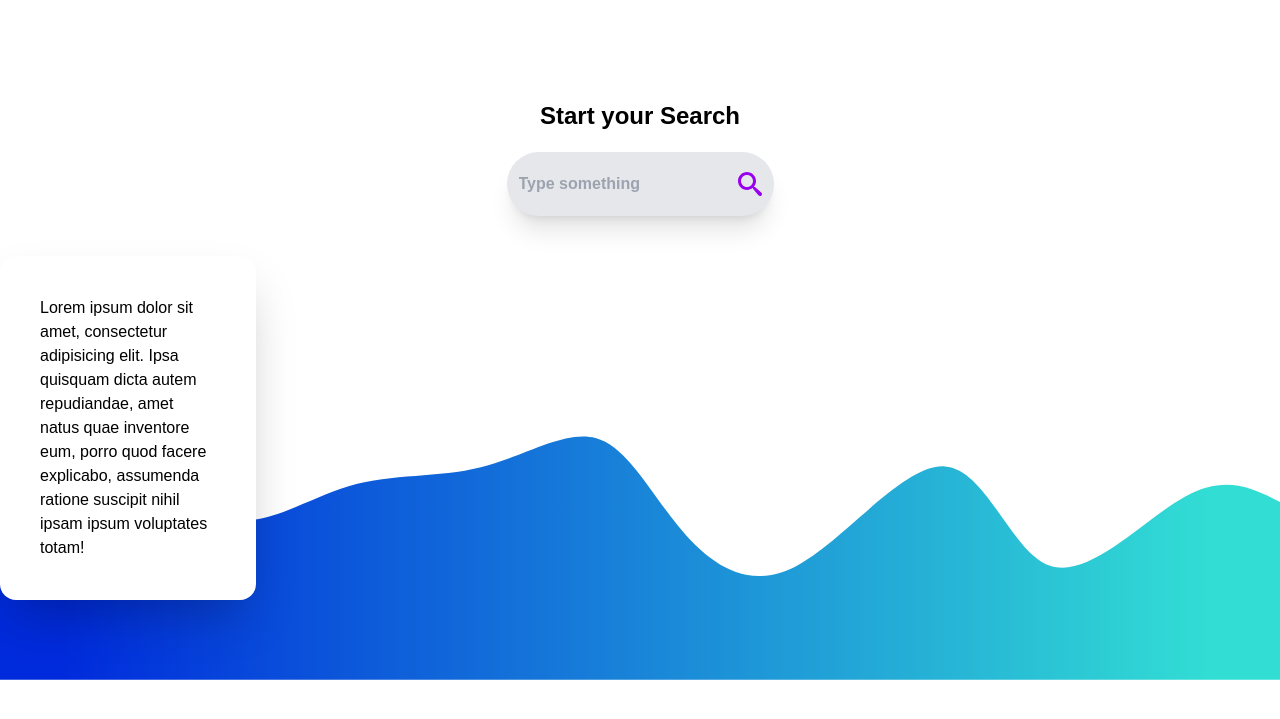
Repository: evergreenx/dictionary-octo
Page: /
An editor plug-in stored every save of this project. The page is shown before and after the next save, followed by the edit.
The browser window is 1280 px wide. The pictures show the whole page.
The project was rebuilt for these pictures with package versions that can differ from the ones it lists, and the page was loaded fresh each time. The framework's server and built-in components were replaced by stand-ins that run in the browser. Also part of the build but not shown: next.config.js.

Above is the page before, as saved 2022-04-30 15:14:44.

### pages/index.js
import Head from "next/head";
import Image from "next/image";
import bgimage from "../public/bg.svg";

import { ImSearch } from "react-icons/im";
import RandomWord from "../components/RandomWord";

export default function Home() {
  return (
    <div>
      <Head>
        <title>Create Next App</title>
        <meta name="description" content="Generated by create next app" />
        <link rel="icon" href="/favicon.ico" />
      </Head>

      <main className=" py-20">
        <section className="input--container pb-10 flex flex-col justify-center items-center ">
          <h1 className="text-2xl font-bold text-center py-5">
            Start your Search
          </h1>

          <div className="flex items-center bg-gray-200 shadow-xl rounded-full py-3 px-3">
            <input
              className="input--text bg-gray-200 font-bold outline-none py-2"
              type="text"
              placeholder="Type something"
            />

            <ImSearch className="text-[#9900efff] text-2xl" />
          </div>
        </section>

        <section>
          <RandomWord />
        </section>
      </main>
    </div>
  );
}

### styles/globals.css
@tailwind base;
@tailwind components;
@tailwind utilities;

@import url("https://fonts.googleapis.com/css2?family=Quicksand&display=swap");

* {
  box-sizing: border-box;
  margin: 0;
  padding: 0;
}

body {
  background-image: url("../public/bg.svg");
  background-repeat: no-repeat;
  background-size: contain;
  background-position: bottom;

  height: 100%;
  font-family: "Quicksand", sans-serif;
}

a {
  color: inherit;
  text-decoration: none;
}

### components/RandomWord.js
import React from "react";

const RandomWord = () => {
  return (
    <div className="bg-white rounded-2xl shadow-2xl p-10 w-64 container">
      Lorem ipsum dolor sit amet, consectetur adipisicing elit. Ipsa quisquam
      dicta autem repudiandae, amet natus quae inventore eum, porro quod facere
      explicabo, assumenda ratione suscipit nihil ipsam ipsum voluptates totam!
    </div>
  );
};

export default RandomWord;

Loaded but not shown: pages/_app.js (common file); tailwind.config.js (common file)

After the next save:
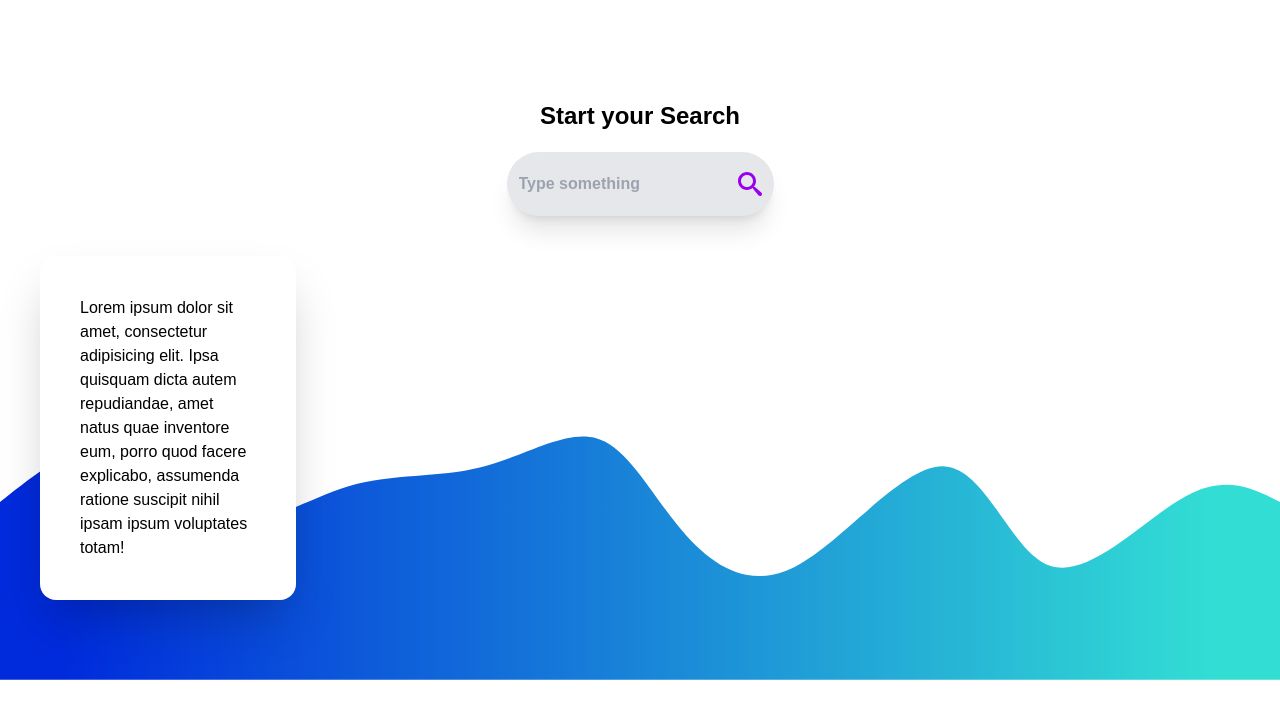
Saved 12 s later.
--- a/components/RandomWord.js
+++ b/components/RandomWord.js
@@ -2,7 +2,7 @@ import React from "react";
 
 const RandomWord = () => {
   return (
-    <div className="bg-white rounded-2xl shadow-2xl p-10 w-64 container">
+    <div className="bg-white rounded-2xl shadow-2xl p-10 w-64 container mx-10">
       Lorem ipsum dolor sit amet, consectetur adipisicing elit. Ipsa quisquam
       dicta autem repudiandae, amet natus quae inventore eum, porro quod facere
       explicabo, assumenda ratione suscipit nihil ipsam ipsum voluptates totam!
